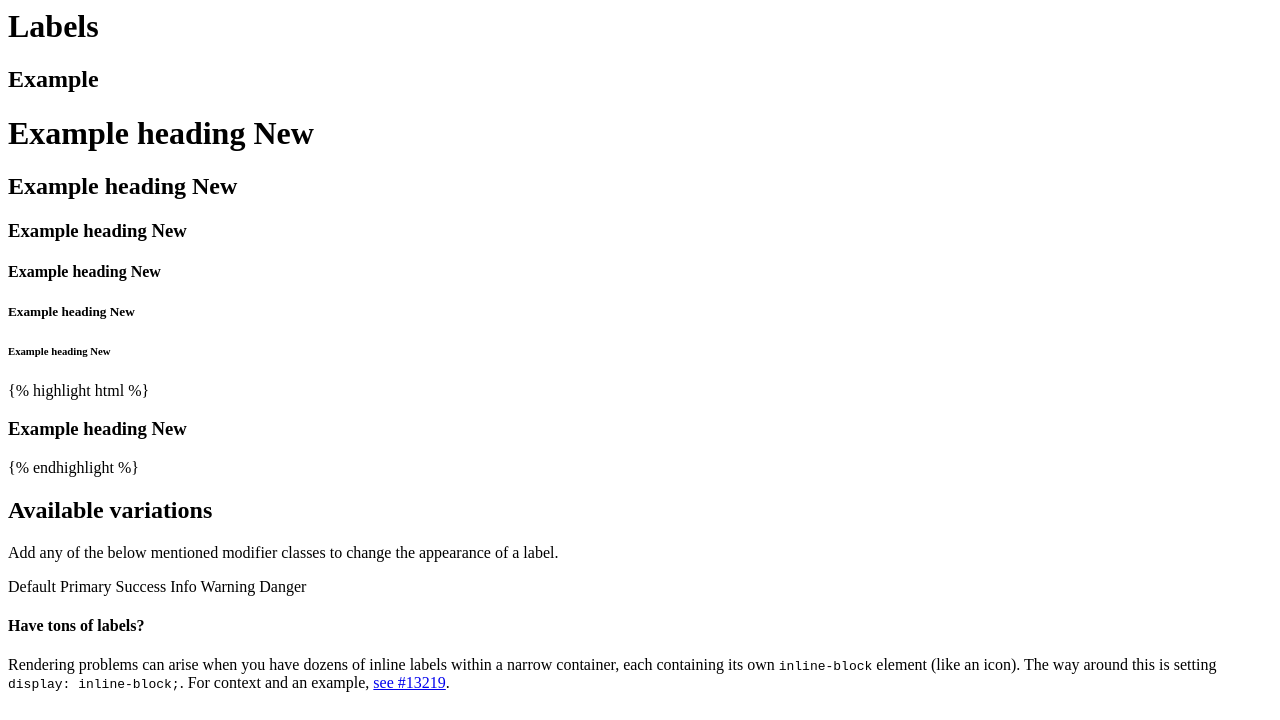
Repository: WTW-IM/bda-ui-toolkit
Page: docs/_includes/base/labels.html
The author's editor kept a record of every edit. The page is drawn from the files as they stood at one moment, then again after the next edit.
The browser window is 1280 px wide. The pictures show the whole page.

Above is the page before.

After the next edit:
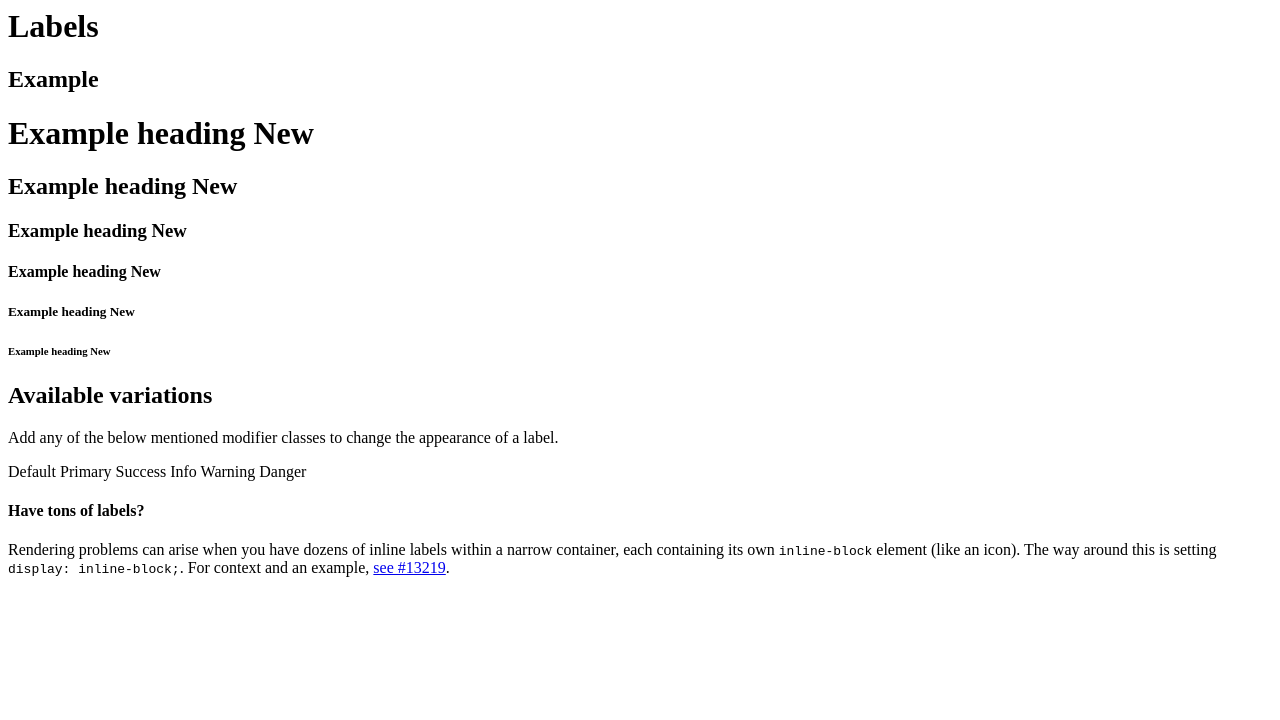
The edit:
--- a/docs/_includes/base/labels.html
+++ b/docs/_includes/base/labels.html
@@ -10,9 +10,6 @@
     <h5>Example heading <span class="label label-default">New</span></h5>
     <h6>Example heading <span class="label label-default">New</span></h6>
   </div>
-{% highlight html %}
-<h3>Example heading <span class="label label-default">New</span></h3>
-{% endhighlight %}
 
   <h2>Available variations</h2>
   <p>Add any of the below mentioned modifier classes to change the appearance of a label.</p>
